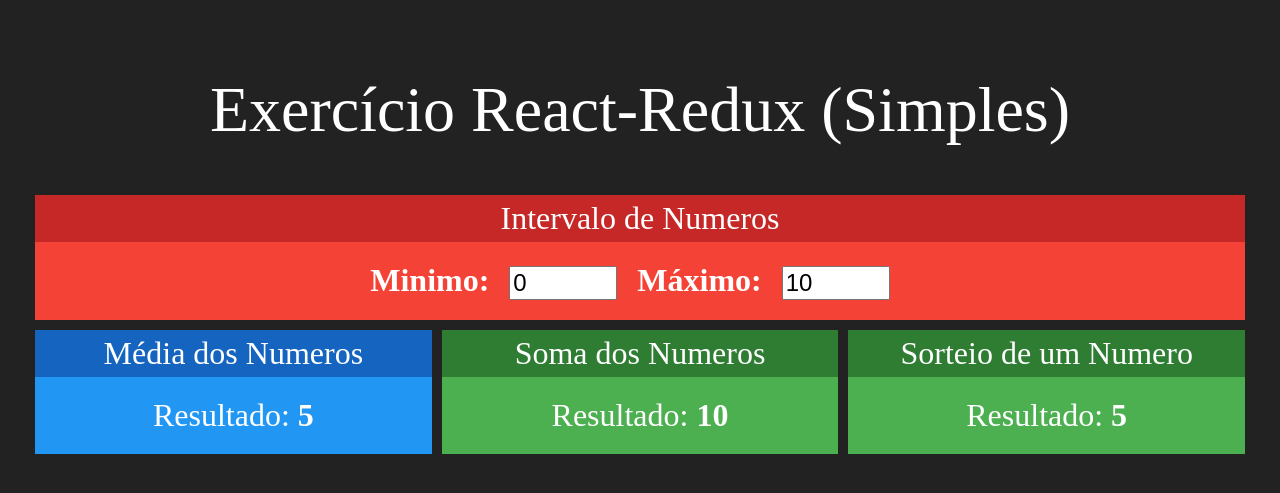
Repository: eversonps/redux-simples
Page: /
These files come from the project's save history. The page is drawn as it stood at one moment and after the next save; the edit follows.
The browser window is 1280 px wide. The pictures show the whole page.
The project was rebuilt for these pictures with package versions that can differ from the ones it lists, and the page was loaded fresh each time.

Above is the page before, as saved 2022-03-11 13:13:29.

After the next save:
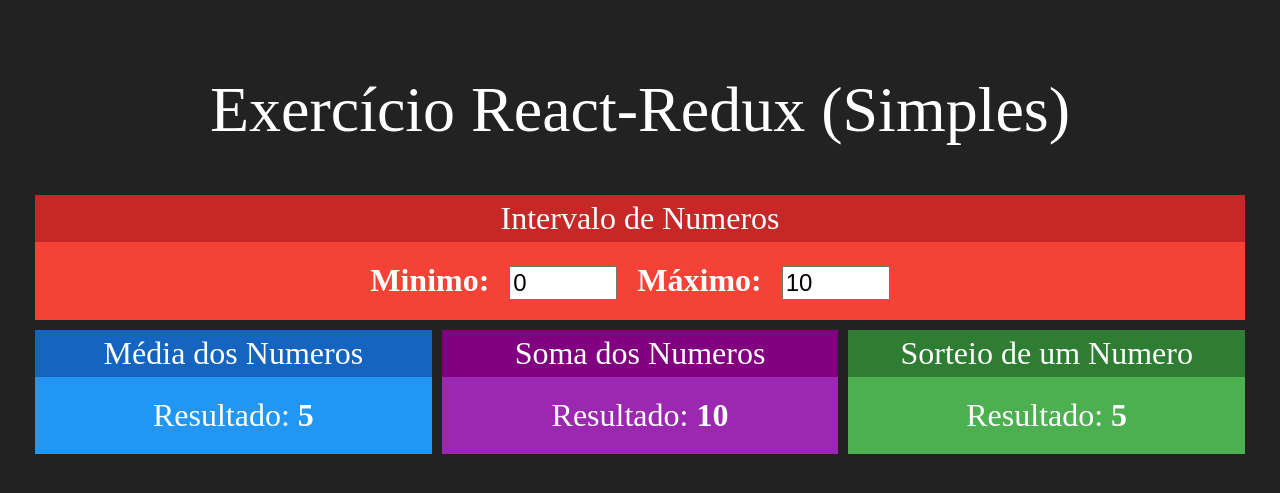
Saved 5 s later.
--- a/src/components/Soma.jsx
+++ b/src/components/Soma.jsx
@@ -3,7 +3,7 @@ import Card from "./Card"
 
 export default props => {
     return (
-        <Card title="Soma dos Numeros" green>
+        <Card title="Soma dos Numeros" purple>
             <div>
                 <span>
                     <span>Resultado: </span>
